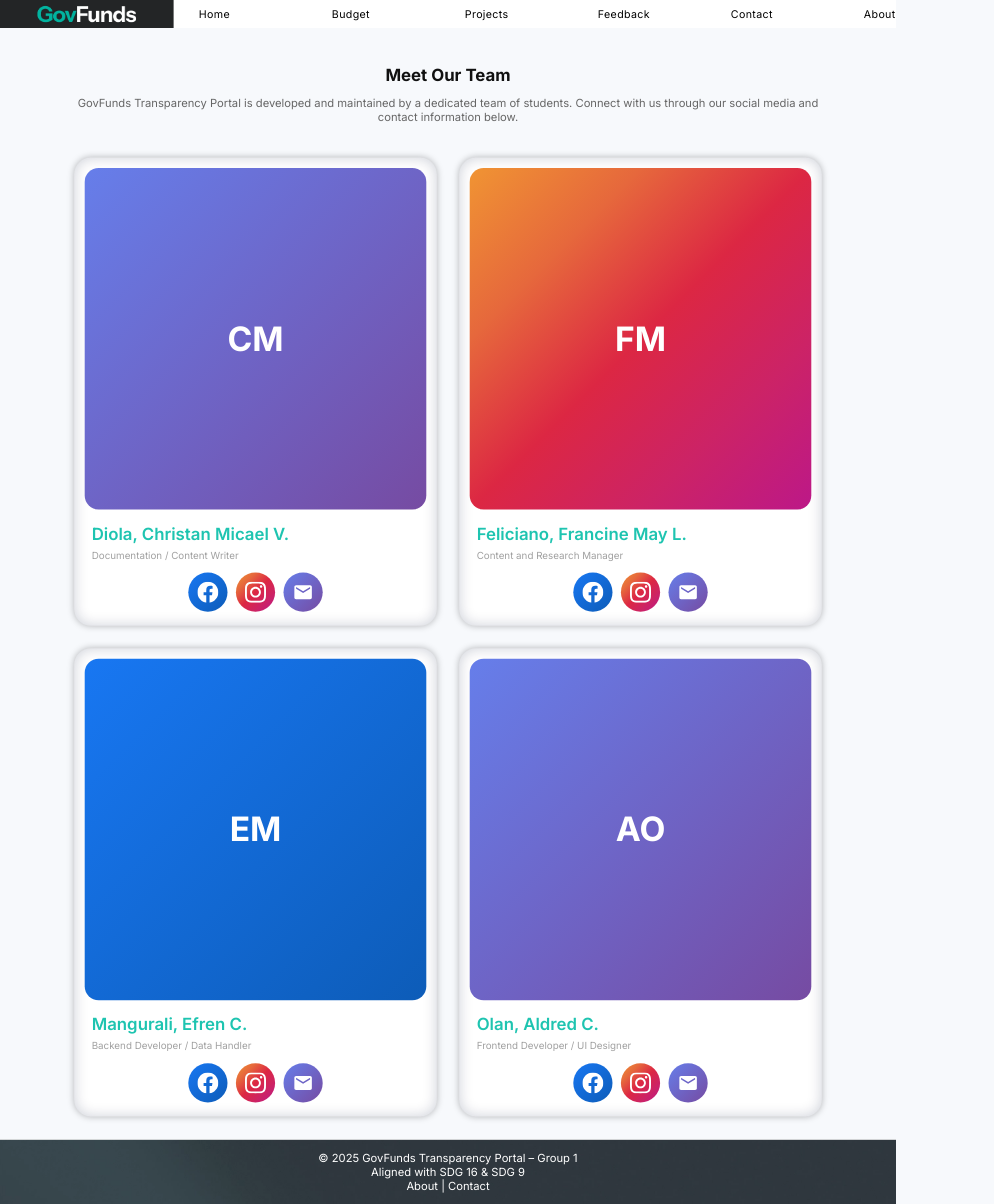
Repository: efren319/GovFunds
Page: templates/contact.html
An editor plug-in stored every save of this project. The page is shown before and after the next save, followed by the edit.
The browser window is 1280 px wide. The page is 1420 px wide, so the pictures cover 1420 px, including what lies to the right of the window. The pictures show the whole page, at 70% of full size.
Pictures or frames that could not be fetched are drawn as grey boxes. Some web fonts or font styles are not loaded; a fallback is used. The template is drawn by Flask 3. The application's start-up code is not run. The template is opened directly, without the code that normally fills it, so the values that code supplies are empty.

Above is the page before, as saved 2025-12-08 01:27:25.

After the next save:
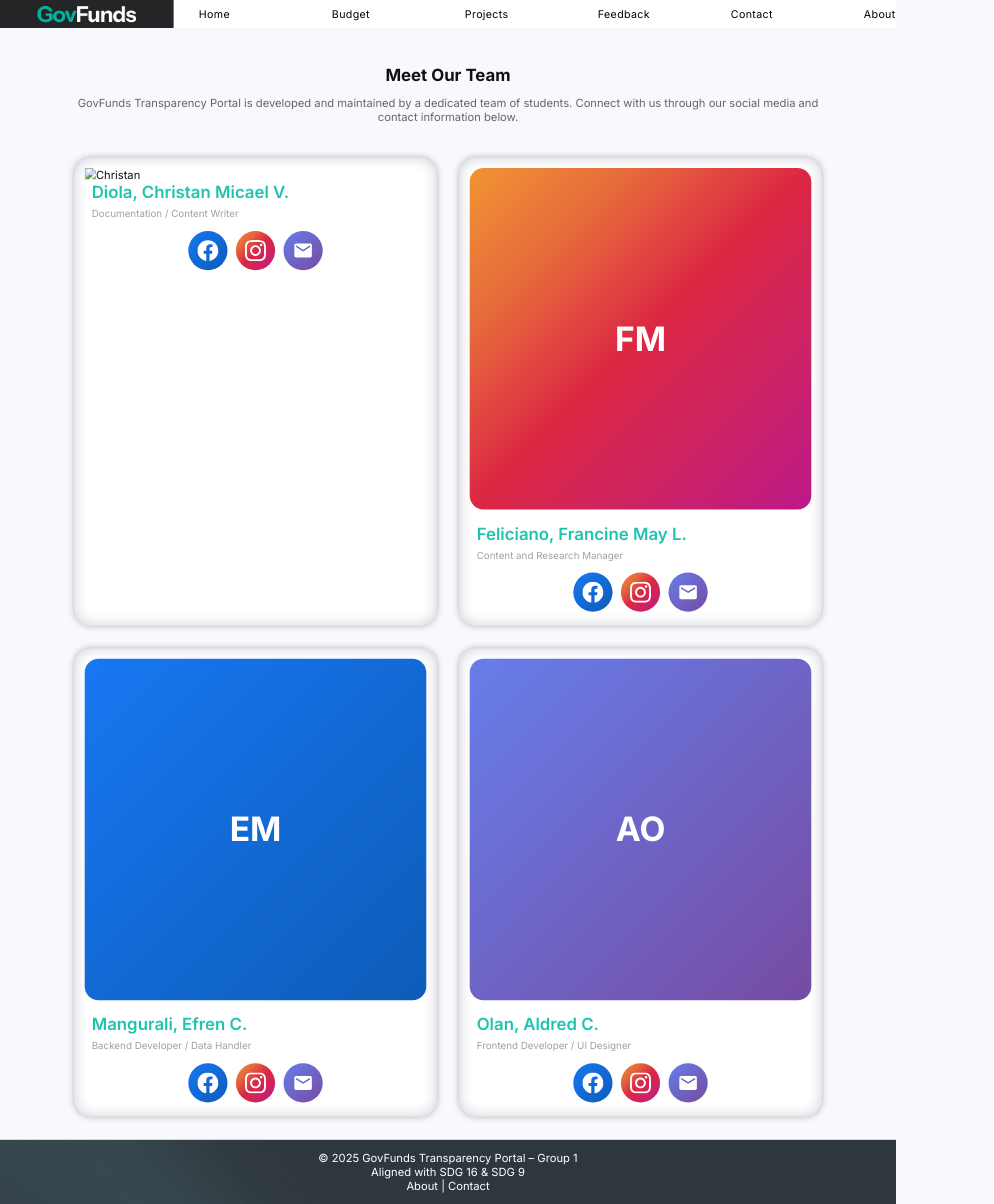
Not found: static/images/christan photo.webp
Saved 3 min 23 s later.
--- a/templates/contact.html
+++ b/templates/contact.html
@@ -9,7 +9,7 @@
 
     <!-- Diola, Christan Micael V. -->
     <div class="profile-card">
-      <div class="profile-avatar gradient-purple">CM</div>
+      <img src="/static/images/christan photo.webp" alt="Christan" class="profile-avatar-image">
 
       <div class="profile-info">
         <h3 class="profile-name">Diola, Christan Micael V.</h3>
